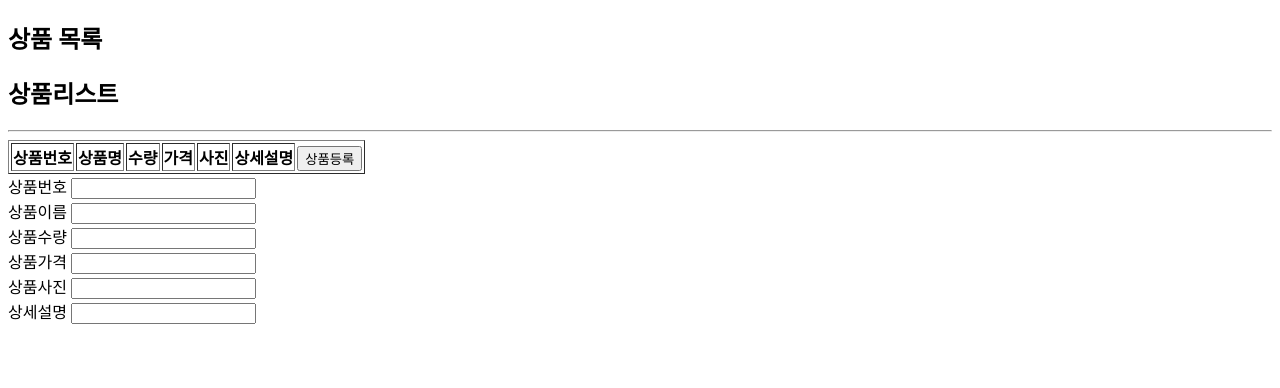
Repository: 0hmuse/day0330-2
Page: bitshop/src/main/resources/static/goods/goodslist2.html
These files come from the project's save history. The page is drawn as it stood at one moment and after the next save; the edit follows.
The browser window is 1280 px wide. The pictures show the whole page.
The page's requests for data from a server got no answer.

Above is the page before, as saved 2020-03-27 08:03:31.

### bitshop/src/main/resources/static/goods/goodslist2.html
<!DOCTYPE html>
<html>
<head>
<meta charset="EUC-KR">
<title>Insert title here</title>
<script type="text/javascript" src="https://code.jquery.com/jquery-3.4.1.min.js"></script>
<script type="text/javascript">
$(function(){
	var arr;
	var idx;

	//처음 접속하면 모든 리스트 출력
	listAll()

	//모든리스트 메소드
	function listAll(){
		var th1 = $("<th>상품번호</th>");
		var th2 = $("<th>상품명</th>");
		var th3 = $("<th>수량</th>");
		var th4 = $("<th>가격</th>");
		var th5 = $("<th>사진</th>");
		var th6 = $("<th>상세설명</th>");
		var btn = $("<button id='btnAdd'>상품등록</button>")
		$("#tb").append(th1,th2,th3,th4,th5,th6,btn);
		$.getJSON("/listAll",function(data){
			arr = data;
			$.each(data,function(idx,goods){

				var tr = $("<tr></tr>").attr("idx",idx);
				var no = $("<td></td>").html(goods.no);
				var item = $("<td></td>").html(goods.item)
				var qty = $("<td></td>").html(goods.qty);
				var price = $("<td></td>").html(goods.price);
				var img = $("<img/>").attr({"src":"/img/"+goods.fname, "width":100, "height":100});
				var fname = $("<td></td>").append(img);
				var detail = $("<td></td>").html(goods.detail);
				var btnDel = $("<button>삭제</button>");
				var aDel = $("<td></td>").append(btnDel);
				tr.append(no,item,qty,price,fname,detail,aDel);
				$("#tb").append(tr);
			});
		});
	}


	$("#btnAdd").on("click",function(){
		$("#tb").empty();
		var th1 = $("<th>상품번호</th>");
		var th2 = $("<th>상품명</th>");
		var th3 = $("<th>수량</th>");
		var th4 = $("<th>가격</th>");
		var th5 = $("<th>사진</th>");
		var th6 = $("<th>상세설명</th>");
		$("#tb").append(th1,th2,th3,th4,th5,th6);
		var i_no = $("<td><input type=text id='no' name='id'></td>")
		var i_item = $("<td><input type=text id='item' name='item'></td>")
		var i_qty = $("<td><input type=text id='qty' name='qty'></td>")
		var i_price = $("<td><input type=text id='price' name='price'></td>")
		var i_fname = $("<td><input type=file id='fname' name='fname'></td>")
		var i_detail = $("<td><input type=text id='detail' name='detail'></td>")
		var i_btn = $("<button id='add'>등록</button>");

		var title = $("#title").html("상품등록");
		var i_tr = $("<tr></tr>").append(i_no,i_item,i_qty,i_price,i_fname,i_detail,i_btn);
		$("#tb").append(i_tr);

		$("#add").on("click",function(){
			//var data = $("#f").serialize();
			var data = {no:i_no,item:i_item,qty:i_qty,price:i_price,fname:i_fname,detial:i_detail};
			alert(data);
			$.ajax("/insert",{data:data,success:function(r){
				alert(r);
			}})
		})
	})

});
</script>
</head>
<body>
<h2 id="title">상품 목록</h2>
<form id="f">
<h2>상품리스트</h2>
<hr>
	<table id="tb" border="1">
	</table>
	상품번호 <input type="text" id="no" name="no"><br>
	상품이름 <input type="text" id="item" name="item"><br>
	상품수량 <input type="text" id="qty" name="qty"><br>
	상품가격 <input type="text" id="price" name="price"><br>
	상품사진 <input type="text" id="fname" name="fname"><br>
	상세설명 <input type="text" id="detail" name="detail"><br>
</form>


</body>
</html>

After the next save:
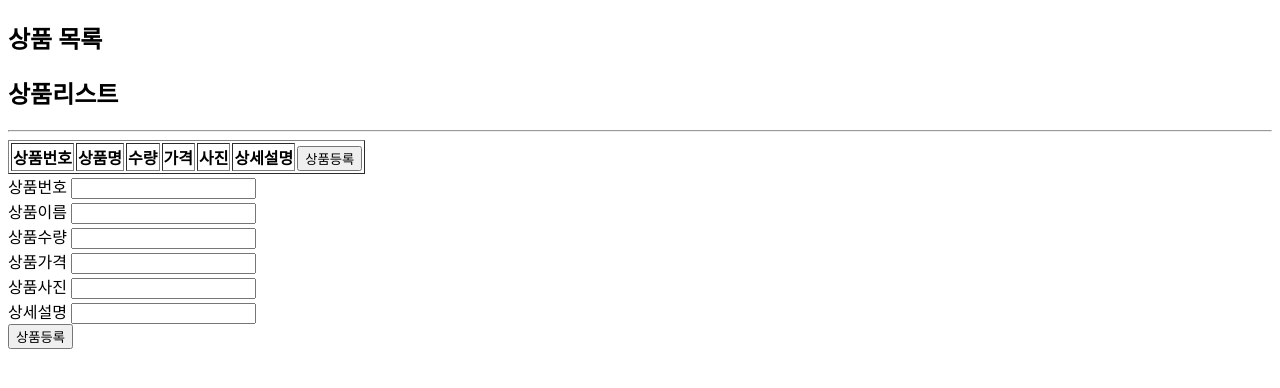
Saved 49 s later.
--- a/bitshop/src/main/resources/static/goods/goodslist2.html
+++ b/bitshop/src/main/resources/static/goods/goodslist2.html
@@ -43,36 +43,6 @@ $(function(){
 	}
 
 
-	$("#btnAdd").on("click",function(){
-		$("#tb").empty();
-		var th1 = $("<th>상품번호</th>");
-		var th2 = $("<th>상품명</th>");
-		var th3 = $("<th>수량</th>");
-		var th4 = $("<th>가격</th>");
-		var th5 = $("<th>사진</th>");
-		var th6 = $("<th>상세설명</th>");
-		$("#tb").append(th1,th2,th3,th4,th5,th6);
-		var i_no = $("<td><input type=text id='no' name='id'></td>")
-		var i_item = $("<td><input type=text id='item' name='item'></td>")
-		var i_qty = $("<td><input type=text id='qty' name='qty'></td>")
-		var i_price = $("<td><input type=text id='price' name='price'></td>")
-		var i_fname = $("<td><input type=file id='fname' name='fname'></td>")
-		var i_detail = $("<td><input type=text id='detail' name='detail'></td>")
-		var i_btn = $("<button id='add'>등록</button>");
-
-		var title = $("#title").html("상품등록");
-		var i_tr = $("<tr></tr>").append(i_no,i_item,i_qty,i_price,i_fname,i_detail,i_btn);
-		$("#tb").append(i_tr);
-
-		$("#add").on("click",function(){
-			//var data = $("#f").serialize();
-			var data = {no:i_no,item:i_item,qty:i_qty,price:i_price,fname:i_fname,detial:i_detail};
-			alert(data);
-			$.ajax("/insert",{data:data,success:function(r){
-				alert(r);
-			}})
-		})
-	})
 
 });
 </script>
@@ -91,7 +61,7 @@ $(function(){
 	상품사진 <input type="text" id="fname" name="fname"><br>
 	상세설명 <input type="text" id="detail" name="detail"><br>
 </form>
-
+	<button id="btnAdd">상품등록</button>
 
 </body>
 </html>
